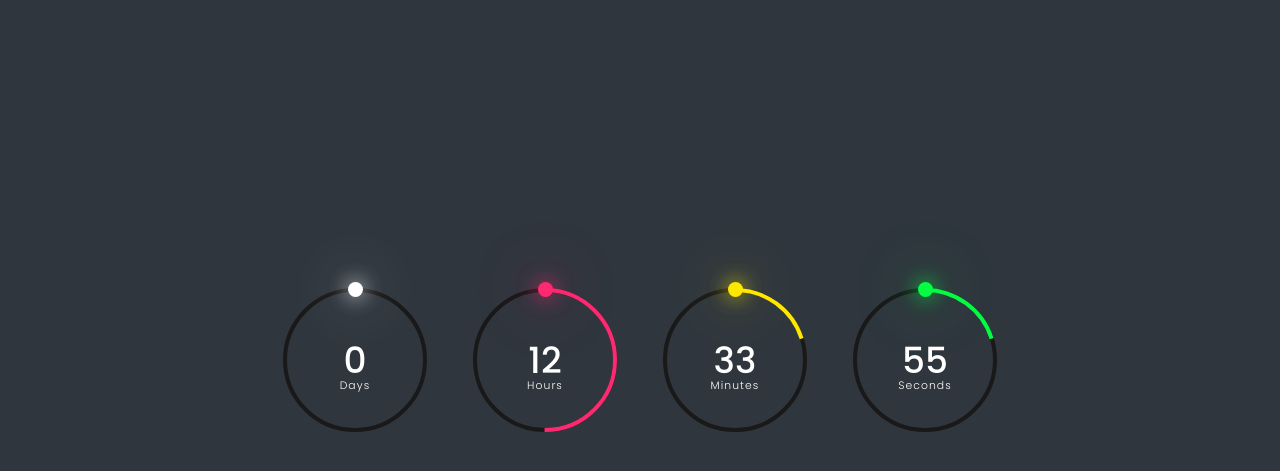
Repository: northpx/happyNY
Page: index.html
These files come from the project's save history. The page is drawn as it stood at one moment and after a run of saves; the edit follows.
The browser window is 1280 px wide. The pictures show the whole page.

Above is the page before, as saved 2022-12-31 11:38:35.

### index.html
<!DOCTYPE html>
<html lang="en">
<head>
    <meta charset="UTF-8">
    <meta http-equiv="X-UA-Compatible" content="IE=edge">
    <meta name="viewport" content="width=device-width, initial-scale=1.0">
    <link rel="stylesheet" href="style.css">
    <title>Hour</title>
</head>
<body>
    <h1 class="newYear">2023<br><span>HAPPY NEW YEAR</span></h1>
    <div id="time">
        <div class="circle" style="--clr:#ffffff;">
            <div class="dots day_dot"></div>
            <svg>
                <circle cx="70" cy="70" r="70"></circle>
                <circle cx="70" cy="70" r="70" id="dd"></circle>
            </svg>
            <div id="days">00<br><span>DAYS</span></div>
        </div>
        <div class="circle" style="--clr:#ff2972;">
            <div class="dots hr_dot"></div>
            <svg>
                <circle cx="70" cy="70" r="70"></circle>
                <circle cx="70" cy="70" r="70" id="hh"></circle>
            </svg>
            <div id="hours">00<br><span>HOURS</span></div>
        </div>
        <div class="circle" style="--clr:#fee800;">
            <div class="dots min_dot"></div>
            <svg>
                <circle cx="70" cy="70" r="70"></circle>
                <circle cx="70" cy="70" r="70" id="mm"></circle>
            </svg>
            <div id="minutes">00<br><span>MINUTES</span></div>
        </div>
        <div class="circle" style="--clr:#04fc43;">
            <div class="dots sec_dot"></div>
            <svg>
                <circle cx="70" cy="70" r="70"></circle>
                <circle cx="70" cy="70" r="70" id="ss"></circle>
            </svg>
            <div id="seconds">00<br><span>SECONDS</span></div>
        </div>
    </div>

    <script>
        let days = document.getElementById("days")
        let hours = document.getElementById("hours")
        let minutes = document.getElementById("minutes")
        let seconds = document.getElementById("seconds")

        let dd = document.getElementById("dd")
        let hh = document.getElementById("hh")
        let mm = document.getElementById("mm")
        let ss = document.getElementById("ss")

        let day_dot = document.querySelector(".day_dot")
        let hr_dot = document.querySelector(".hr_dot")
        let min_dot = document.querySelector(".min_dot")
        let sec_dot = document.querySelector(".sec_dot")

        let endDate = '01/01/2023 00:00:00'

        let x = setInterval(function(){
            let now = new Date(endDate).getTime();
            let countDown = new Date().getTime();
            let distance = now - countDown;

            let d = Math.floor(distance / (1000 * 60 * 60 *24))
            let h = Math.floor((distance % (1000 * 60 * 60 * 24)) / (1000 * 60 * 60))
            let m = Math.floor((distance % (1000 * 60 * 60)) / (1000 * 60))
            let s = Math.floor((distance % (1000 * 60)) / (1000))

            days.innerHTML = d + "<br><span>Days</span>"
            hours.innerHTML = h + "<br><span>Hours</span>"
            minutes.innerHTML = m + "<br><span>Minutes</span>"
            seconds.innerHTML = s + "<br><span>Seconds</span>"

            dd.style.strokeDashoffset = 440 - (440 * d) / 365
            hh.style.strokeDashoffset = 440 - (440 * h) / 24
            mm.style.strokeDashoffset = 440 - (440 * h) / 60
            ss.style.strokeDashoffset = 440 - (440 * h) / 60
        })
    </script>
</body>
</html>

### style.css
@import url('https://fonts.googleapis.com/css2?family=Poppins:ital,wght@0,100;0,200;0,300;0,400;0,500;0,600;0,700;0,800;0,900;1,100;1,300;1,400;1,500;1,600;1,700;1,800;1,900&display=swap');

*{
    margin: 0;
    padding: 0;
    box-sizing: border-box;
    font-family: 'Poppins', sans-serif;
}

body{
    display: flex;
    justify-content: center;
    align-items: center;
    min-height: 100vh;
    background: #2f363e;
}

#time{
    display: flex;
    gap: 40px;
    color: #fff;
}

#time .circle{
    position: relative;
    width: 150px;
    height: 150px;
    display: flex;
    justify-content: center;
    align-items: center;
}

#time .circle svg{
    position: relative;
    width: 150px;
    height: 150px;
    transform: rotate(270deg);
}

#time .circle svg circle{
    width: 100%;
    height: 100%;
    fill: transparent;
    stroke: #191919;
    stroke-width: 4;
    transform: translate(5px,5px);
}

#time .circle svg circle:nth-child(2){
    stroke: var(--clr);
    stroke-dasharray: 440;
    stroke-dashoffset: 440;
}

#time div{
    position: absolute;
    text-align: center;
    font-weight: 500;
    font-size: 1.5em;
}


#time div span{
    position: absolute;
    transform: translateX(-50%) translateY(-10px);
    font-size: 0.30em;
    font-weight: 300;
    letter-spacing: 0.1em;
    /* text-transform: uppercase; */
}

.dots{
    position: absolute;
    width: 100%;
    height: 100%;
    z-index: 10;
    display: flex;
    justify-content: center;
}

.dots::before{
    content: "";
    position: absolute;
    top: -3px;
    width: 15px;
    height: 15px;
    background: var(--clr);
    border-radius: 50%;
    box-shadow: 0 0 20px var(--clr),
    0 0 60px var(--clr);
}

.newYear {
    font-size: 8em;
    font-weight: 500;
    color: #fff;
    text-align: center;
    line-height: 0.6em;
    display: none;
}

.newYear span{
    font-size: 0.5em;
    font-weight: 300;
}

After the next 2 saves:
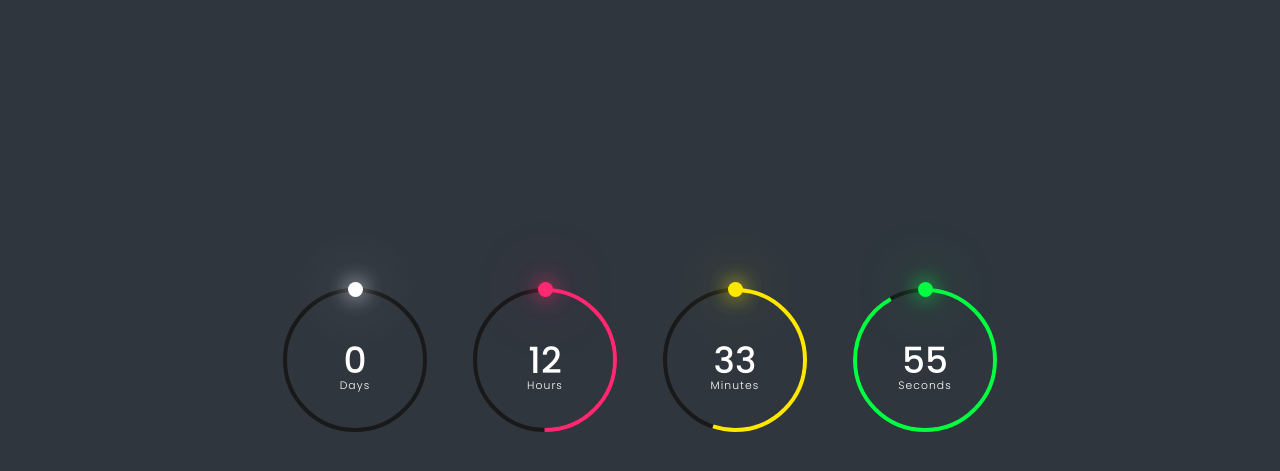
The 2 saves are shown as one change because they came seconds apart.
The last was saved 6 s later.
--- a/index.html
+++ b/index.html
@@ -79,8 +79,8 @@
 
             dd.style.strokeDashoffset = 440 - (440 * d) / 365
             hh.style.strokeDashoffset = 440 - (440 * h) / 24
-            mm.style.strokeDashoffset = 440 - (440 * h) / 60
-            ss.style.strokeDashoffset = 440 - (440 * h) / 60
+            mm.style.strokeDashoffset = 440 - (440 * m) / 60
+            ss.style.strokeDashoffset = 440 - (440 * s) / 60
         })
     </script>
 </body>
